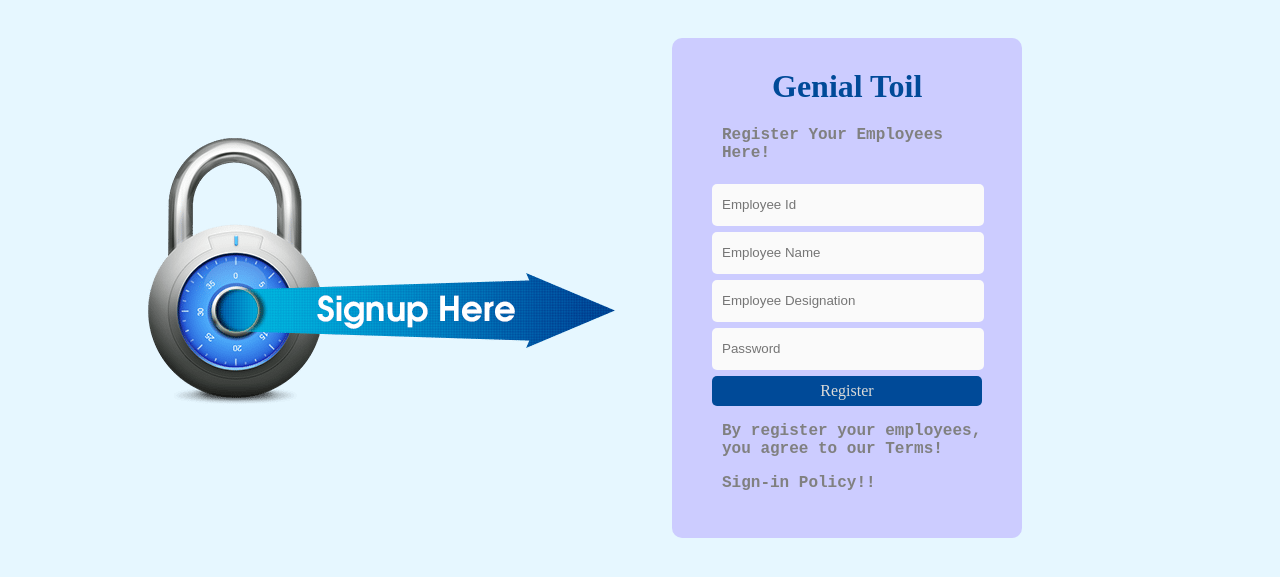
Repository: robin9533/Basic-Programs-App.
Page: GW-Genial Work Proj/GT_GenialToil/WebContent/EmployeeSignup.html
These files come from the project's save history. The page is drawn as it stood at one moment and after the next save; the edit follows.
The browser window is 1280 px wide. The pictures show the whole page.

Above is the page before, as saved 2019-05-10 13:40:16.

### GW-Genial Work Proj/GT_GenialToil/WebContent/EmployeeSignup.html
<!DOCTYPE html>
<html>
<head>
<meta charset="ISO-8859-1">
<title>Employee Registration Form</title>
<link rel="Stylesheet" type="text/css" href="EmployeeSignup.css">
</head>
<body>

	<div class="imgblock">
		<img src="signup.png">
	 </div>

	<div class="registrationblock">
		<h1>Genial Toil</h1>
		<h4>Register Your Employees Here!</h4>


		<Form action="EmployeeSignupServlet">

			<input type="text" name="empId" placeholder="Employee Id"> <input
				type="text" name="empName" placeholder="Employee Name"> <input
				type="text" name="empDes" placeholder="Employee Designation">
			<input type="password" name="empPass" placeholder="Password">
			<button type="button">Register</button>

			<h5>By register your employees, you agree to our Terms! </h5>
				<h5>Sign-in Policy!!</h5>

		</Form>
	</div>

</body>
</html>

### GW-Genial Work Proj/GT_GenialToil/WebContent/EmployeeSignup.css
@charset "ISO-8859-1";

body{
	background-color: #e6f7ff;
}
.registrationblock {
	height:500px;
	width: 350px;
	float:right;
	margin-top: 30px;
	margin-right: 250px;
	border-radius:10px;
	border:0px solid black;
	background-color: #ccccff;
}

.imgblock{
	height:350px;
	width: 500px;
	float:left;
	margin-top: 120px;
	margin-left: 120px;
	border-radius:10px;
	border:0px solid black;
}
.registrationblock input{
	width: 260px;
	height:40px;
	margin-bottom:6px;
	margin-left:40px;
	padding-left: 10px;
	color:graytext;
	background: #fafafa;
	border: none;
	border:0px solid gray;
	border-radius: 5px;

}
.registrationblock button{
	width:270px;
	height:30px;
	margin-left:40px;
	text-align: center;
	cursor: pointer;
	color: #DADAD8;
	font-family:inherit;
	font-size:16px;
	background: #004A98;
	border-radius:5px;
	border: 0px solid #3897F0;
	}
.registrationblock h1{
	margin-top:30px;
	margin-left: 100px;
	font-family:inherit,sans-serif,cursive;
	font-style:normal;
	color: #004A98;
	cursor: default;
	}

.registrationblock h4{
	padding-left:50px;
	padding-right:40px;
	font-family:monospace;
	font-size:16px;
	color: grey;
	cursor: default;
	}
.registrationblock h5{
	padding-left:50px;
	padding-right:30px;
	margin:16px 0px 0px 0px;
	font-family:monospace;
	font-size:16px;
	color: grey;
	cursor: default;
	border: 0px solid black;
	}

After the next save:
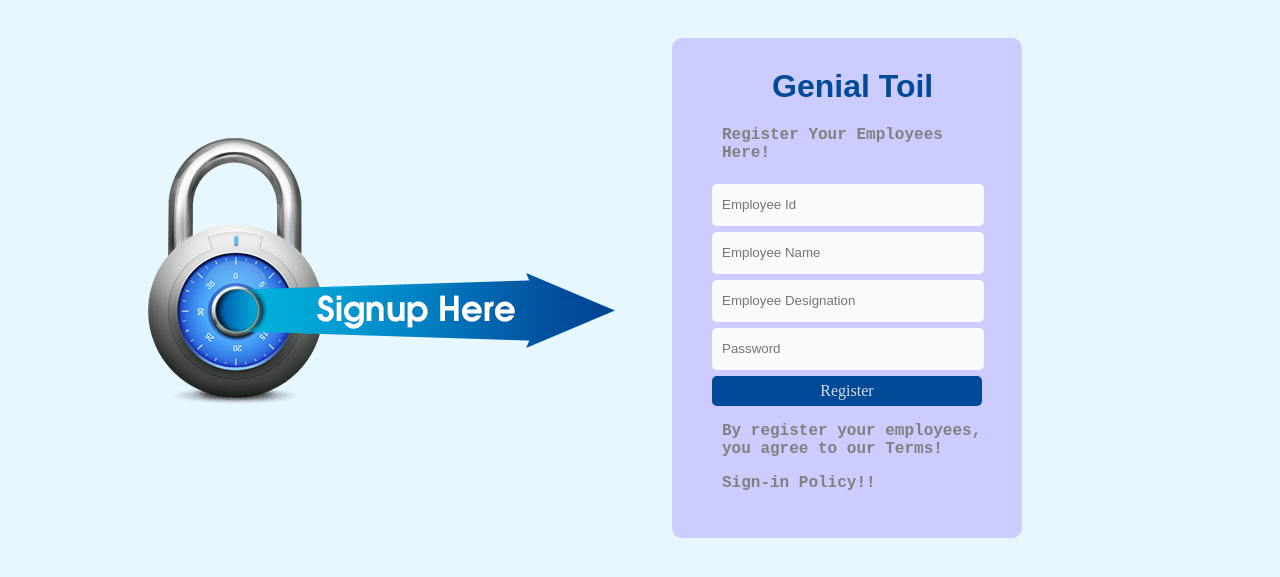
Saved 9 s later.
--- a/GW-Genial Work Proj/GT_GenialToil/WebContent/EmployeeSignup.css
+++ b/GW-Genial Work Proj/GT_GenialToil/WebContent/EmployeeSignup.css
@@ -52,7 +52,7 @@
 .registrationblock h1{
 	margin-top:30px;
 	margin-left: 100px;
-	font-family:inherit,sans-serif,cursive;
+	font-family:sans-serif,cursive;
 	font-style:normal;
 	color: #004A98;
 	cursor: default;

After the save that followed:
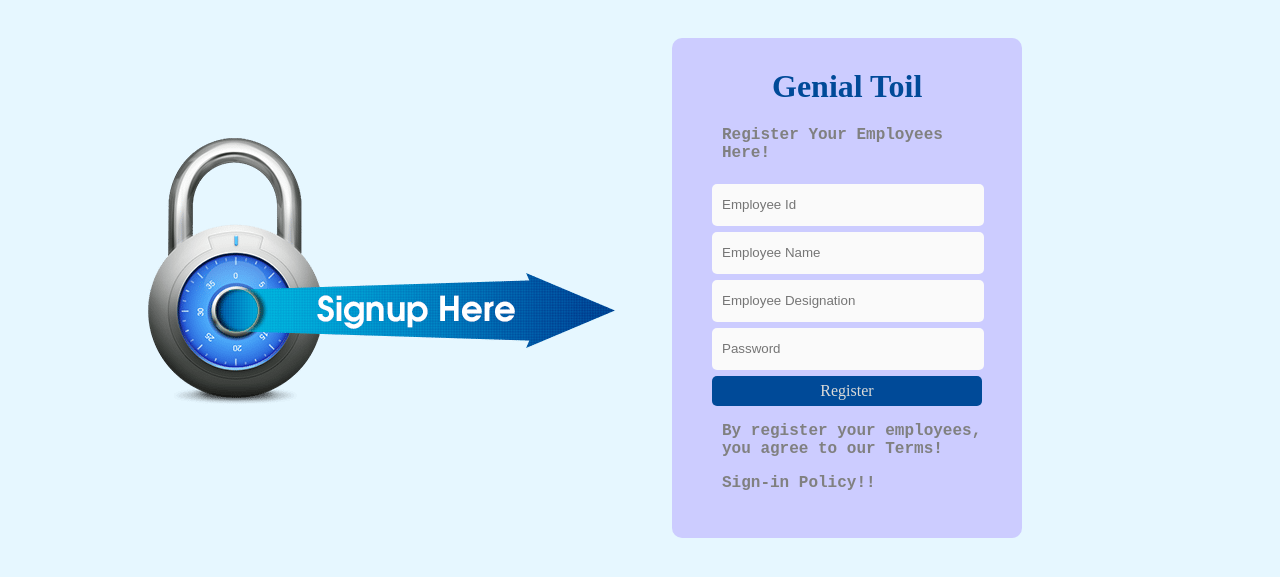
Saved 10 s later.
--- a/GW-Genial Work Proj/GT_GenialToil/WebContent/EmployeeSignup.css
+++ b/GW-Genial Work Proj/GT_GenialToil/WebContent/EmployeeSignup.css
@@ -52,7 +52,7 @@
 .registrationblock h1{
 	margin-top:30px;
 	margin-left: 100px;
-	font-family:sans-serif,cursive;
+	font-family:inherit,sans-serif;
 	font-style:normal;
 	color: #004A98;
 	cursor: default;
